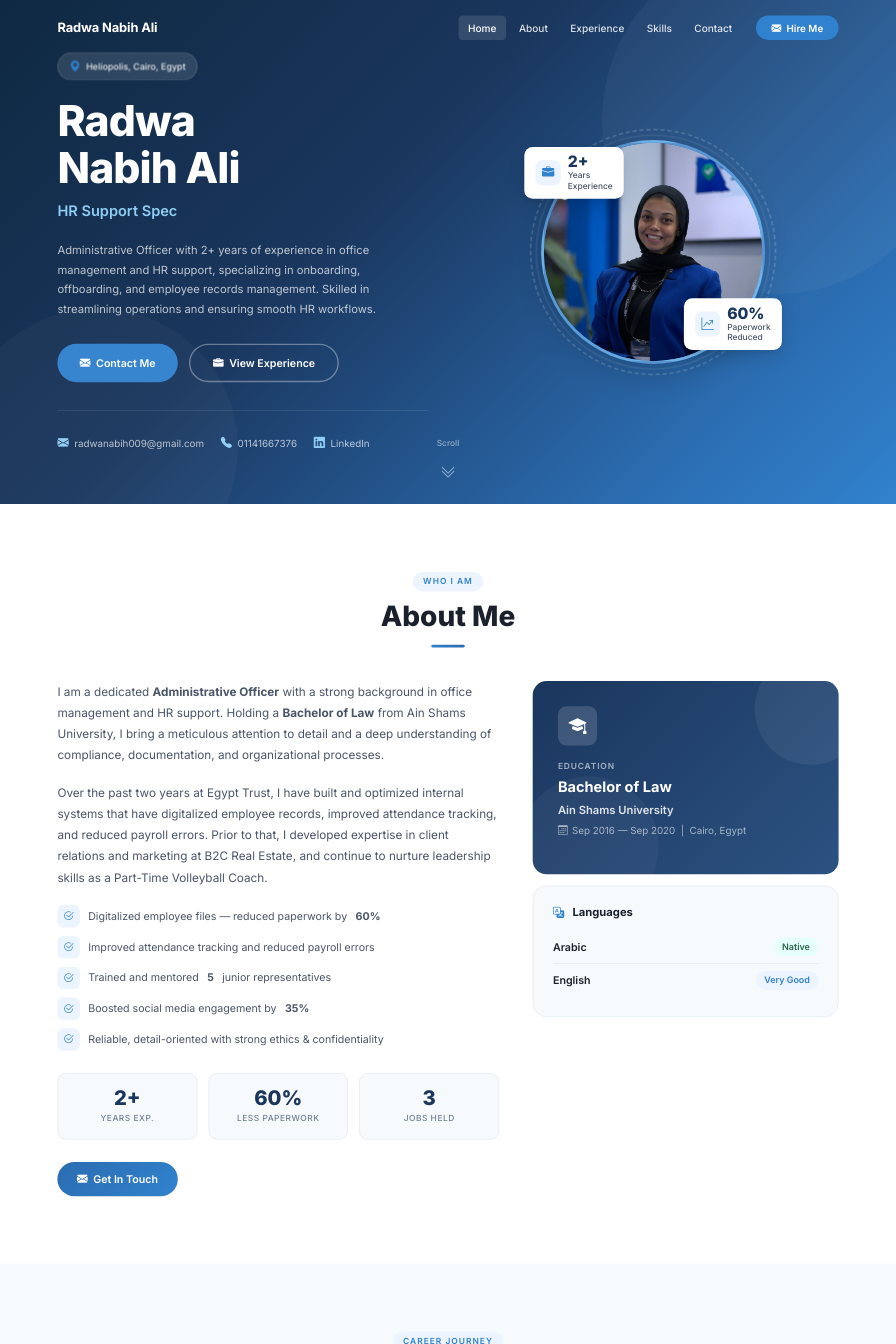
Repository: EsraaShiref/hr-portfolio
Page: index.html
These files come from the project's save history. The page is drawn as it stood at one moment and after a run of saves; the edit follows.
The browser window is 1280 px wide. The pictures show the part of the page from y = 0 to 1920 px (the page is 6013 px tall before and 6114 px after), at 70% of full size.

Above is the page before, as saved 2026-04-16 16:11:51.

### index.html
<!DOCTYPE html>
<html lang="en">
  <head>
    <meta charset="UTF-8" />
    <meta name="viewport" content="width=device-width, initial-scale=1.0" />
    <meta name="description" content="Radwa Nabih Ali – Administrative Officer & HR Professional based in Cairo, Egypt." />
    <title>Radwa Nabih Ali – HR &amp; Administrative Professional</title>

    <!-- Bootstrap 5 CSS -->
    <link href="https://cdn.jsdelivr.net/npm/bootstrap@5.3.2/dist/css/bootstrap.min.css" rel="stylesheet" />
    <!-- Bootstrap Icons -->
    <link href="https://cdn.jsdelivr.net/npm/bootstrap-icons@1.11.3/font/bootstrap-icons.css" rel="stylesheet" />
    <!-- Google Fonts: Inter -->
    <link href="https://fonts.googleapis.com/css2?family=Inter:wght@300;400;500;600;700;800&display=swap" rel="stylesheet" />
    <!-- Custom Styles -->
    <link rel="stylesheet" href="css/style.css" />
    <meta name="twitter:card" content="summary_large_image">
</head>
  <body>

    <!-- ===== NAVBAR PLACEHOLDER ===== -->
    <div id="navbar-placeholder"></div>

    <!-- ===== HERO PLACEHOLDER ===== -->
    <div id="hero-placeholder"></div>

    <!-- ===== ABOUT PLACEHOLDER ===== -->
    <div id="about-placeholder"></div>

    <!-- ===== EXPERIENCE PLACEHOLDER ===== -->
    <div id="experience-placeholder"></div>

    <!-- ===== SKILLS PLACEHOLDER ===== -->
    <div id="skills-placeholder"></div>

    <!-- ===== CONTACT PLACEHOLDER ===== -->
    <div id="contact-placeholder"></div>

    <!-- ===== FOOTER ===== -->
    <footer class="site-footer py-4">
      <div class="container text-center">
        <p class="mb-1 footer-name">Radwa Nabih Ali</p>
        <p class="mb-0 footer-copy">&copy; 2024 All rights reserved &mdash; Administrative Officer &amp; HR Professional</p>
      </div>
    </footer>

    <!-- Bootstrap 5 JS Bundle -->
    <script src="https://cdn.jsdelivr.net/npm/bootstrap@5.3.2/dist/js/bootstrap.bundle.min.js"></script>
    <!-- Custom JS: loads section fragments, handles scroll, animations -->
    <script src="js/main.js"></script>
  </body>
</html>

### js/main.js
/* ================================================
   RADWA NABIH ALI – PORTFOLIO
   Main JavaScript: Section Loader, Animations,
   Scroll Effects, Typed Text, Counter
   ================================================ */

/* ---------- Section Loader ---------- */
const sections = [
  { id: 'navbar-placeholder',     src: 'sections/navbar.html'     },
  { id: 'hero-placeholder',       src: 'sections/hero.html'       },
  { id: 'about-placeholder',      src: 'sections/about.html'      },
  { id: 'experience-placeholder', src: 'sections/experience.html' },
  { id: 'skills-placeholder',     src: 'sections/skills.html'     },
  { id: 'contact-placeholder',    src: 'sections/contact.html'    },
];

async function loadSection({ id, src }) {
  const placeholder = document.getElementById(id);
  if (!placeholder) return;
  try {
    const res  = await fetch(src);
    const html = await res.text();
    placeholder.innerHTML = html;
  } catch {
    console.warn(`Could not load section: ${src}`);
  }
}

async function initApp() {
  await Promise.all(sections.map(loadSection));

  initNavbar();
  initSmoothScroll();
  initScrollSpy();
  initScrollAnimations();
  initCounters();
  initTyped();
  initContactForm();
}

document.addEventListener('DOMContentLoaded', initApp);


/* ---------- Navbar Scroll Effect ---------- */
function initNavbar() {
  const nav = document.getElementById('mainNav');
  if (!nav) return;

  function onScroll() {
    if (window.scrollY > 40) {
      nav.classList.add('scrolled');
    } else {
      nav.classList.remove('scrolled');
    }
  }

  window.addEventListener('scroll', onScroll, { passive: true });
  onScroll();

  nav.querySelectorAll('.nav-link[href^="#"]').forEach(link => {
    link.addEventListener('click', () => {
      const bsCollapse = document.getElementById('navbarContent');
      if (bsCollapse && bsCollapse.classList.contains('show')) {
        bootstrap.Collapse.getOrCreateInstance(bsCollapse).hide();
      }
    });
  });
}


/* ---------- Smooth Scroll ---------- */
function initSmoothScroll() {
  document.querySelectorAll('a[href^="#"]').forEach(anchor => {
    anchor.addEventListener('click', e => {
      const href = anchor.getAttribute('href');
      if (href === '#') return;
      const target = document.querySelector(href);
      if (!target) return;
      e.preventDefault();
      target.scrollIntoView({ behavior: 'smooth', block: 'start' });
    });
  });
}


/* ---------- Active Nav Scroll Spy ---------- */
function initScrollSpy() {
  const navLinks = document.querySelectorAll('#mainNav .nav-link[href^="#"]');
  const targets  = Array.from(navLinks)
    .map(l => document.querySelector(l.getAttribute('href')))
    .filter(Boolean);

  function updateActive() {
    const scrollY = window.scrollY + 100;
    let current = '';

    targets.forEach(section => {
      if (scrollY >= section.offsetTop) {
        current = '#' + section.id;
      }
    });

    navLinks.forEach(link => {
      link.classList.toggle('active', link.getAttribute('href') === current);
    });
  }

  window.addEventListener('scroll', updateActive, { passive: true });
  updateActive();
}


/* ---------- Intersection Observer Scroll Animations ---------- */
function initScrollAnimations() {
  const animatedEls = document.querySelectorAll(
    '.fade-in-up, .fade-in-left, .fade-in-right'
  );

  const observer = new IntersectionObserver(
    entries => {
      entries.forEach(entry => {
        if (entry.isIntersecting) {
          entry.target.classList.add('visible');
          observer.unobserve(entry.target);
        }
      });
    },
    { threshold: 0.12, rootMargin: '0px 0px -48px 0px' }
  );

  animatedEls.forEach(el => observer.observe(el));
}


/* ---------- Counter Animations ---------- */
function initCounters() {
  const counters = document.querySelectorAll('[data-count]');

  const observer = new IntersectionObserver(
    entries => {
      entries.forEach(entry => {
        if (!entry.isIntersecting) return;
        const el     = entry.target;
        const target = parseFloat(el.dataset.count);
        const suffix = el.dataset.suffix || '';
        const duration = 1600;
        const start  = performance.now();

        function step(now) {
          const progress = Math.min((now - start) / duration, 1);
          const eased    = 1 - Math.pow(1 - progress, 3);
          el.textContent = Math.round(eased * target) + suffix;
          if (progress < 1) requestAnimationFrame(step);
        }

        requestAnimationFrame(step);
        observer.unobserve(el);
      });
    },
    { threshold: 0.5 }
  );

  counters.forEach(el => observer.observe(el));
}


/* ---------- Typed Text Effect ---------- */
function initTyped() {
  const el = document.getElementById('typed-text');
  if (!el) return;

  const words = [
    'Administrative Officer',
    'HR Support Specialist',
    'Office Manager',
    'Records & Compliance',
  ];

  let wordIndex = 0;
  let charIndex = 0;
  let isDeleting = false;

  function type() {
    const word = words[wordIndex];

    if (!isDeleting) {
      charIndex++;
      el.textContent = word.slice(0, charIndex);
      if (charIndex === word.length) {
        isDeleting = true;
        setTimeout(type, 2000);
        return;
      }
    } else {
      charIndex--;
      el.textContent = word.slice(0, charIndex);
      if (charIndex === 0) {
        isDeleting = false;
        wordIndex  = (wordIndex + 1) % words.length;
      }
    }

    setTimeout(type, isDeleting ? 60 : 100);
  }

  type();
}


/* ---------- Contact Form ---------- */
function initContactForm() {
  const form = document.getElementById('contactForm');
  if (!form) return;

  form.addEventListener('submit', e => {
    e.preventDefault();
    const btn     = form.querySelector('.btn-submit');
    const success = document.getElementById('formSuccess');

    btn.disabled = true;
    btn.innerHTML = '<i class="bi bi-hourglass-split"></i> Sending...';

    setTimeout(() => {
      form.reset();
      btn.disabled = false;
      btn.innerHTML = '<i class="bi bi-send-fill"></i> Send Message';
      if (success) {
        success.style.display = 'block';
        setTimeout(() => { success.style.display = 'none'; }, 4000);
      }
    }, 1200);
  });
}

### sections/navbar.html
<!-- ===== NAVBAR ===== -->
<nav class="navbar navbar-expand-lg fixed-top" id="mainNav">
  <div class="container">

    <!-- Brand / Logo -->
    <a class="navbar-brand" href="#home">
      <span class="brand-text">Radwa Nabih Ali</span>
    </a>

    <!-- Mobile Toggle -->
    <button class="navbar-toggler" type="button"
            data-bs-toggle="collapse" data-bs-target="#navbarContent"
            aria-controls="navbarContent" aria-expanded="false"
            aria-label="Toggle navigation">
      <i class="bi bi-list"></i>
    </button>

    <!-- Nav Links -->
    <div class="collapse navbar-collapse" id="navbarContent">
      <ul class="navbar-nav ms-auto align-items-lg-center gap-lg-1">
        <li class="nav-item">
          <a class="nav-link" href="#home">Home</a>
        </li>
        <li class="nav-item">
          <a class="nav-link" href="#about">About</a>
        </li>
        <li class="nav-item">
          <a class="nav-link" href="#experience">Experience</a>
        </li>
        <li class="nav-item">
          <a class="nav-link" href="#skills">Skills</a>
        </li>
        <li class="nav-item">
          <a class="nav-link" href="#contact">Contact</a>
        </li>
        <li class="nav-item ms-lg-3">
          <a class="btn btn-hire" href="#contact">
            <i class="bi bi-envelope-fill me-1"></i> Hire Me
          </a>
        </li>
      </ul>
    </div>

  </div>
</nav>

### sections/hero.html
<!-- ===== HERO SECTION ===== -->
<section id="home">
  <div class="container">
    <div class="hero-grid">

      <!-- Left: Text Content -->
      <div class="hero-content">
        <!-- Location Badge -->
        <div class="hero-badge fade-in-up">
          <i class="bi bi-geo-alt-fill"></i>
          Heliopolis, Cairo, Egypt
        </div>

        <!-- Name -->
        <h1 class="hero-name fade-in-up delay-1">
          Radwa<br>Nabih Ali
        </h1>

        <!-- Typed Title -->
        <p class="hero-title fade-in-up delay-2">
          <span id="typed-text">Administrative Officer</span>
        </p>

        <!-- Summary -->
        <p class="hero-summary fade-in-up delay-3">
          Administrative Officer with 2+ years of experience in office management and
          HR support, specializing in onboarding, offboarding, and employee records
          management. Skilled in streamlining operations and ensuring smooth
          HR workflows.
        </p>

        <!-- CTA Buttons -->
        <div class="hero-actions fade-in-up delay-4">
          <a href="#contact" class="btn-hero-primary">
            <i class="bi bi-envelope-fill"></i> Contact Me
          </a>
          <a href="#experience" class="btn-hero-outline">
            <i class="bi bi-briefcase-fill"></i> View Experience
          </a>
        </div>

        <!-- Meta: Location / Email / LinkedIn -->
        <div class="hero-meta fade-in-up delay-5">
          <span class="hero-meta-item">
            <i class="bi bi-envelope-fill"></i>
            radwanabih009@gmail.com
          </span>
          <span class="hero-meta-item">
            <i class="bi bi-telephone-fill"></i>
            01141667376
          </span>
          <a href="https://www.linkedin.com/in/radwa-nabih" target="_blank" class="hero-meta-item text-decoration-none">
            <i class="bi bi-linkedin"></i>
            LinkedIn
          </a>
        </div>
      </div>

      <!-- Right: Profile Card -->
      <div class="hero-profile-card fade-in-right delay-2">
        <div class="profile-wrapper">

          <!-- Decorative Rings -->
          <div class="profile-ring"></div>
          <div class="profile-ring-inner"></div>

          <!-- Avatar -->
          <div class="profile-avatar">
            <img src="assets/images/profile.jpeg"
                 alt="Radwa Nabih Ali"
                 onerror="this.style.display='none'; this.nextElementSibling.style.display='flex';" />
            <span class="profile-initials" style="display:none;">RNA</span>
          </div>

          <!-- Floating Badge: Years -->
          <div class="profile-badge badge-years">
            <div class="profile-badge-icon">
              <i class="bi bi-briefcase-fill"></i>
            </div>
            <div>
              <div class="profile-badge-num">2+</div>
              <div class="profile-badge-label">Years<br>Experience</div>
            </div>
          </div>

          <!-- Floating Badge: Achievement -->
          <div class="profile-badge badge-achieve">
            <div class="profile-badge-icon">
              <i class="bi bi-graph-up-arrow"></i>
            </div>
            <div>
              <div class="profile-badge-num">60%</div>
              <div class="profile-badge-label">Paperwork<br>Reduced</div>
            </div>
          </div>

        </div>
      </div>

    </div><!-- /hero-grid -->
  </div><!-- /container -->

  <!-- Scroll Indicator -->
  <a href="#about" class="hero-scroll">
    <span>Scroll</span>
    <i class="bi bi-chevron-double-down"></i>
  </a>
</section>

### sections/about.html
<!-- ===== ABOUT SECTION ===== -->
<section id="about" class="section-padding">
  <div class="container">

    <!-- Section Header -->
    <div class="text-center mb-5">
      <span class="section-label fade-in-up">Who I Am</span>
      <h2 class="section-title fade-in-up delay-1">About Me</h2>
      <div class="section-divider fade-in-up delay-2"></div>
    </div>

    <div class="row g-5 align-items-start">

      <!-- Left: Bio + Stats -->
      <div class="col-lg-7 fade-in-left">
        <p class="about-bio">
          I am a dedicated <strong>Administrative Officer</strong> with a strong background
          in office management and HR support. Holding a <strong>Bachelor of Law</strong>
          from Ain Shams University, I bring a meticulous attention to detail and a deep
          understanding of compliance, documentation, and organizational processes.
        </p>
        <p class="about-bio">
          Over the past two years at Egypt Trust, I have built and optimized internal
          systems that have digitalized employee records, improved attendance tracking,
          and reduced payroll errors. Prior to that, I developed expertise in client
          relations and marketing at B2C Real Estate, and continue to nurture leadership
          skills as a Part-Time Volleyball Coach.
        </p>

        <!-- Key Highlights -->
        <div class="about-highlights">
          <div class="about-highlight-item">
            <i class="bi bi-check2-circle"></i>
            Digitalized employee files &mdash; reduced paperwork by <strong>60%</strong>
          </div>
          <div class="about-highlight-item">
            <i class="bi bi-check2-circle"></i>
            Improved attendance tracking and reduced payroll errors
          </div>
          <div class="about-highlight-item">
            <i class="bi bi-check2-circle"></i>
            Trained and mentored <strong>5</strong> junior representatives
          </div>
          <div class="about-highlight-item">
            <i class="bi bi-check2-circle"></i>
            Boosted social media engagement by <strong>35%</strong>
          </div>
          <div class="about-highlight-item">
            <i class="bi bi-check2-circle"></i>
            Reliable, detail-oriented with strong ethics &amp; confidentiality
          </div>
        </div>

        <!-- Stats Row -->
        <div class="stats-row">
          <div class="stat-card">
            <div class="stat-num" data-count="2" data-suffix="+">0+</div>
            <div class="stat-label">Years Exp.</div>
          </div>
          <div class="stat-card">
            <div class="stat-num" data-count="60" data-suffix="%">0%</div>
            <div class="stat-label">Less Paperwork</div>
          </div>
          <div class="stat-card">
            <div class="stat-num" data-count="3" data-suffix="">0</div>
            <div class="stat-label">Jobs Held</div>
          </div>
        </div>

        <div class="about-cta">
          <a href="#contact" class="btn-primary-custom">
            <i class="bi bi-envelope-fill"></i> Get In Touch
          </a>
        </div>
      </div>

      <!-- Right: Education + Languages -->
      <div class="col-lg-5 fade-in-right">

        <!-- Education Card -->
        <div class="education-card">
          <div class="education-icon">
            <i class="bi bi-mortarboard-fill"></i>
          </div>
          <p class="education-label">Education</p>
          <h3 class="education-degree">Bachelor of Law</h3>
          <p class="education-school">Ain Shams University</p>
          <p class="education-period">
            <i class="bi bi-calendar3"></i>
            Sep 2016 &mdash; Sep 2020 &nbsp;|&nbsp; Cairo, Egypt
          </p>
        </div>

        <!-- Languages Card -->
        <div class="languages-card">
          <h4 class="skill-cat-title mb-3">
            <i class="bi bi-translate me-2" style="color: var(--accent);"></i>
            Languages
          </h4>
          <div class="lang-item">
            <span class="lang-name">Arabic</span>
            <span class="lang-level native">Native</span>
          </div>
          <div class="lang-item">
            <span class="lang-name">English</span>
            <span class="lang-level good">Very Good</span>
          </div>
        </div>

      </div>
    </div><!-- /row -->

  </div><!-- /container -->
</section>

Loaded but not shown: css/style.css (1223 lines, source omitted); sections/experience.html (179 lines, source omitted); sections/contact.html (151 lines, source omitted); sections/skills.html (123 lines, source omitted)

After the next 2 saves:
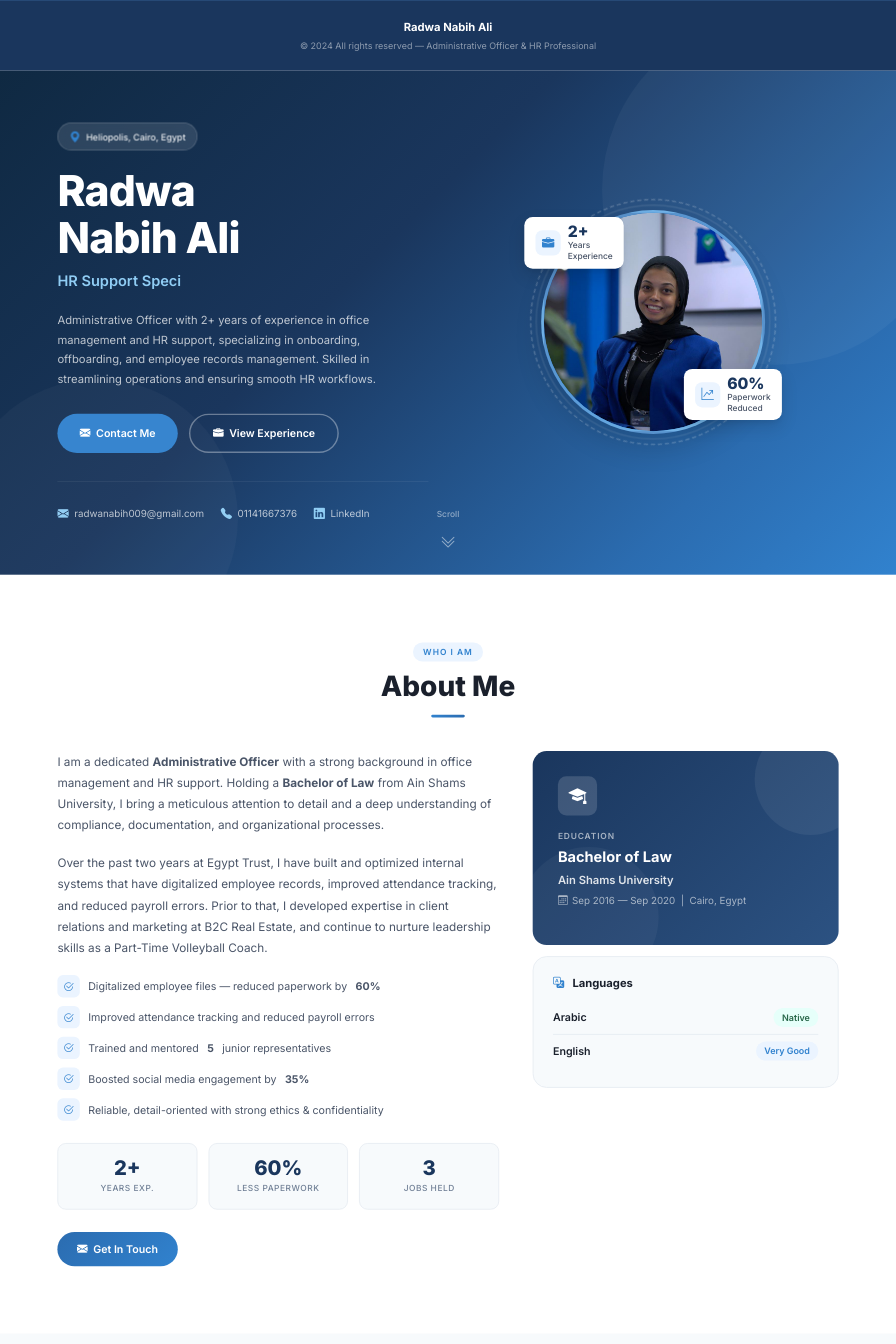
The 2 saves are shown as one change because they came seconds apart.
The last was saved 4 min 36 s later.
--- a/js/main.js
+++ b/js/main.js
@@ -6,7 +6,7 @@
 
 /* ---------- Section Loader ---------- */
 const sections = [
-  { id: 'navbar-placeholder',     src: 'sections/navbar.html'     },
+  { id: 'navbar-placeholder',     src: '/'     },
   { id: 'hero-placeholder',       src: 'sections/hero.html'       },
   { id: 'about-placeholder',      src: 'sections/about.html'      },
   { id: 'experience-placeholder', src: 'sections/experience.html' },

After the 3 saves that followed:
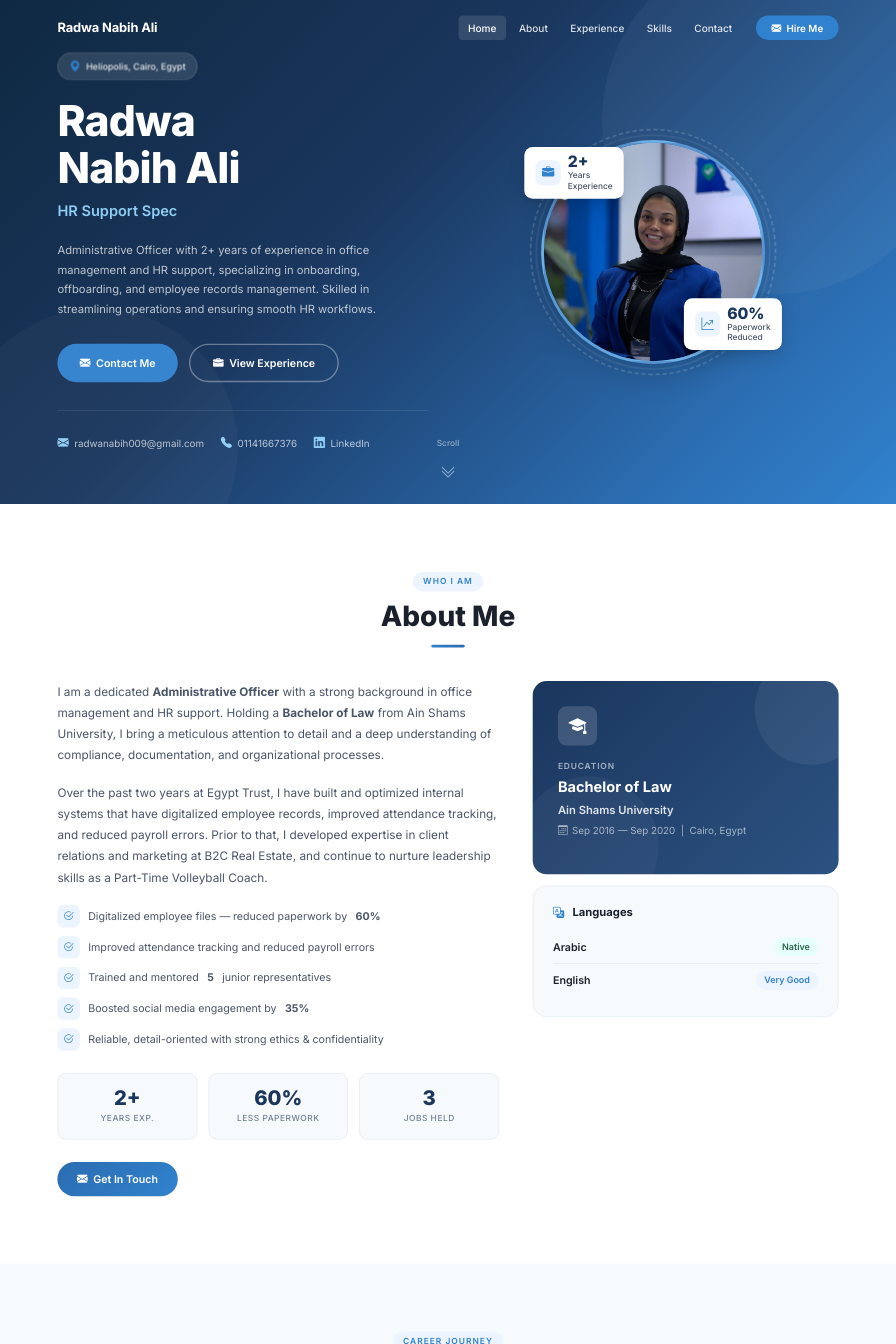
The 3 saves are shown as one change because they came seconds apart.
The last was saved 9 s later.
--- a/js/main.js
+++ b/js/main.js
@@ -6,12 +6,12 @@
 
 /* ---------- Section Loader ---------- */
 const sections = [
-  { id: 'navbar-placeholder',     src: '/'     },
-  { id: 'hero-placeholder',       src: 'sections/hero.html'       },
-  { id: 'about-placeholder',      src: 'sections/about.html'      },
-  { id: 'experience-placeholder', src: 'sections/experience.html' },
-  { id: 'skills-placeholder',     src: 'sections/skills.html'     },
-  { id: 'contact-placeholder',    src: 'sections/contact.html'    },
+  { id: 'navbar-placeholder',     src: '/sections/navbar.html'     },
+  { id: 'hero-placeholder',       src: '/sections/hero.html'       },
+  { id: 'about-placeholder',      src: '/sections/about.html'      },
+  { id: 'experience-placeholder', src: '/sections/experience.html' },
+  { id: 'skills-placeholder',     src: '/sections/skills.html'     },
+  { id: 'contact-placeholder',    src: '/sections/contact.html'    },
 ];
 
 async function loadSection({ id, src }) {
